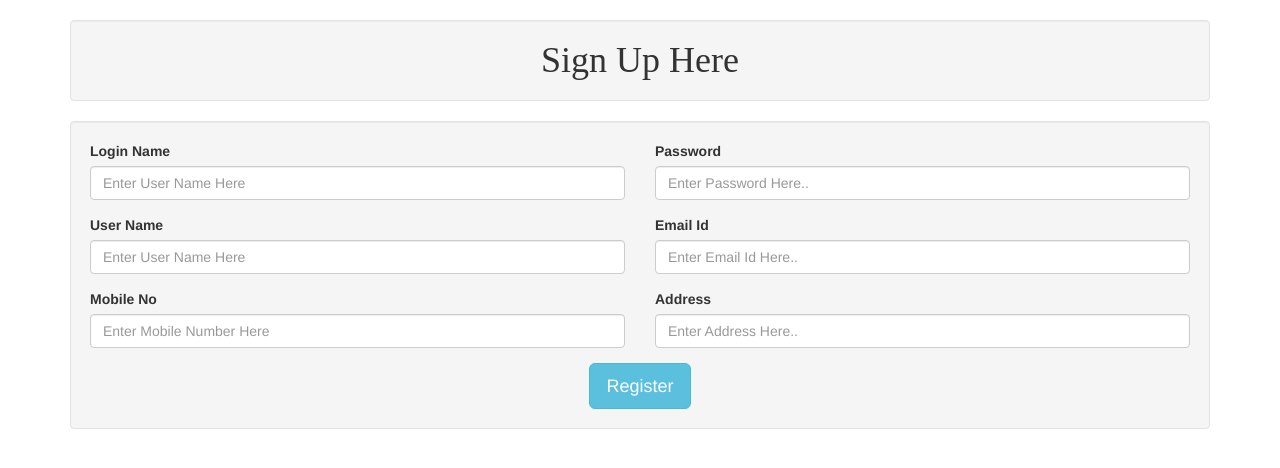
Repository: ManaliSant/Project-2-
Page: InteractionFrontEnd/WebContent/web/c_user/SignUp.html
An editor plug-in stored every save of this project. The page is shown before and after the next save, followed by the edit.
The browser window is 1280 px wide. The pictures show the whole page.

Above is the page before, as saved 2018-12-12 11:34:22.

### InteractionFrontEnd/WebContent/web/c_user/SignUp.html
<!DOCTYPE html>
<html lang="en">
<head>
  <title>LoginPage</title>
  <meta charset="utf-8">
  <meta name="viewport" content="width=device-width, initial-scale=1">
  <link rel="stylesheet" href="https://maxcdn.bootstrapcdn.com/bootstrap/3.3.7/css/bootstrap.min.css">
  <script src="https://ajax.googleapis.com/ajax/libs/jquery/3.3.1/jquery.min.js"></script>
  <script src="https://maxcdn.bootstrapcdn.com/bootstrap/3.3.7/js/bootstrap.min.js"></script>
</head>

<div class="container" ng-controller="UserController">

	<h1 class="well">
		<center>
			<font face="Monotype Corsiva">Sign Up Here</font>
		</center>
	</h1>

	<div class="col-lg-12 well">
		<div class="row">
			<form>
				<div class="col-sm-12">
					<div class="row">
						<div class="col-sm-6 form-group">
							<label>Login Name</label> <input type="text" name="loginname"
								ng-model="User.loginname" placeholder="Enter User Name Here"
								ng-model="user.loginname" class="form-control">
						</div>
						<div class="col-sm-6 form-group">
							<label>Password</label> <input type="password" name="password"
								ng-model="User.password" placeholder="Enter Password Here.."
								ng-model="user.password" class="form-control">
						</div>
					</div>
					<div class="row">
						<div class="col-sm-6 form-group">
							<label>User Name</label> <input type="text" name="username"
								ng-model="User.username" placeholder="Enter User Name Here"
								ng-model="user.username" class="form-control">
						</div>
						<div class="col-sm-6 form-group">
							<label>Email Id</label> <input type="email" name="emailid"
								ng-model="User.emailid" placeholder="Enter Email Id Here.."
								ng-model="user.emailid" class="form-control">
						</div>
					</div>

					<div class="row">
						<div class="col-sm-6 form-group">
							<label>Mobile No</label> <input type="text" name="mobileno"
								ng-model="User.mobileno" placeholder="Enter Mobile Number Here"
								ng-model="user.mobileno" class="form-control">
						</div>
						<div class="col-sm-6 form-group">
							<label>Address</label> <input type="text" name="address"
								ng-model="User.address" placeholder="Enter Address Here.."
								ng-model="user.address" class="form-control">
						</div>
					</div>

					<center>
						<input type="submit" value="Register" class="btn btn-lg btn-info" ng-click="register()" />
					</center>
				</div>
			</form>
		</div>
	</div>
</div>
</html>

After the next save:
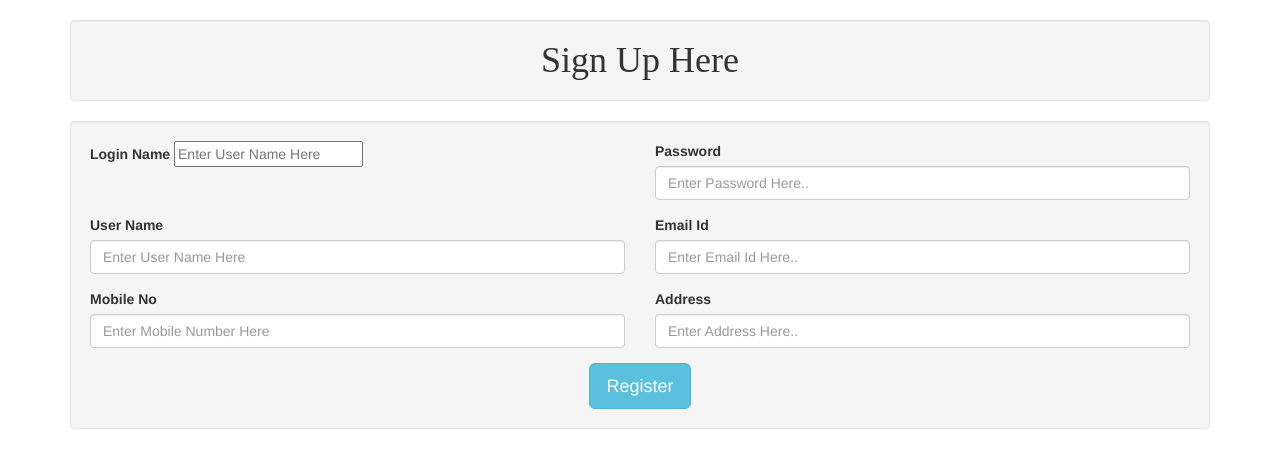
Saved 68 s later.
--- a/InteractionFrontEnd/WebContent/web/c_user/SignUp.html
+++ b/InteractionFrontEnd/WebContent/web/c_user/SignUp.html
@@ -25,7 +25,7 @@
 						<div class="col-sm-6 form-group">
 							<label>Login Name</label> <input type="text" name="loginname"
 								ng-model="User.loginname" placeholder="Enter User Name Here"
-								ng-model="user.loginname" class="form-control">
+								ng-model="user.loginname" >
 						</div>
 						<div class="col-sm-6 form-group">
 							<label>Password</label> <input type="password" name="password"

After the save that followed:
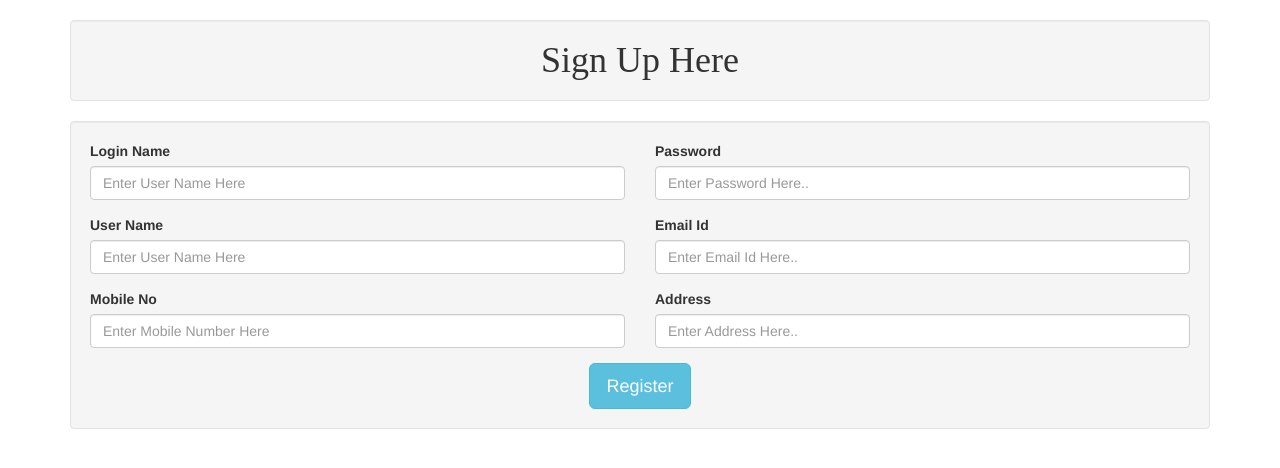
Saved 14 s later.
--- a/InteractionFrontEnd/WebContent/web/c_user/SignUp.html
+++ b/InteractionFrontEnd/WebContent/web/c_user/SignUp.html
@@ -25,7 +25,7 @@
 						<div class="col-sm-6 form-group">
 							<label>Login Name</label> <input type="text" name="loginname"
 								ng-model="User.loginname" placeholder="Enter User Name Here"
-								ng-model="user.loginname" >
+								ng-model="user.loginname" class="form-control">
 						</div>
 						<div class="col-sm-6 form-group">
 							<label>Password</label> <input type="password" name="password"
